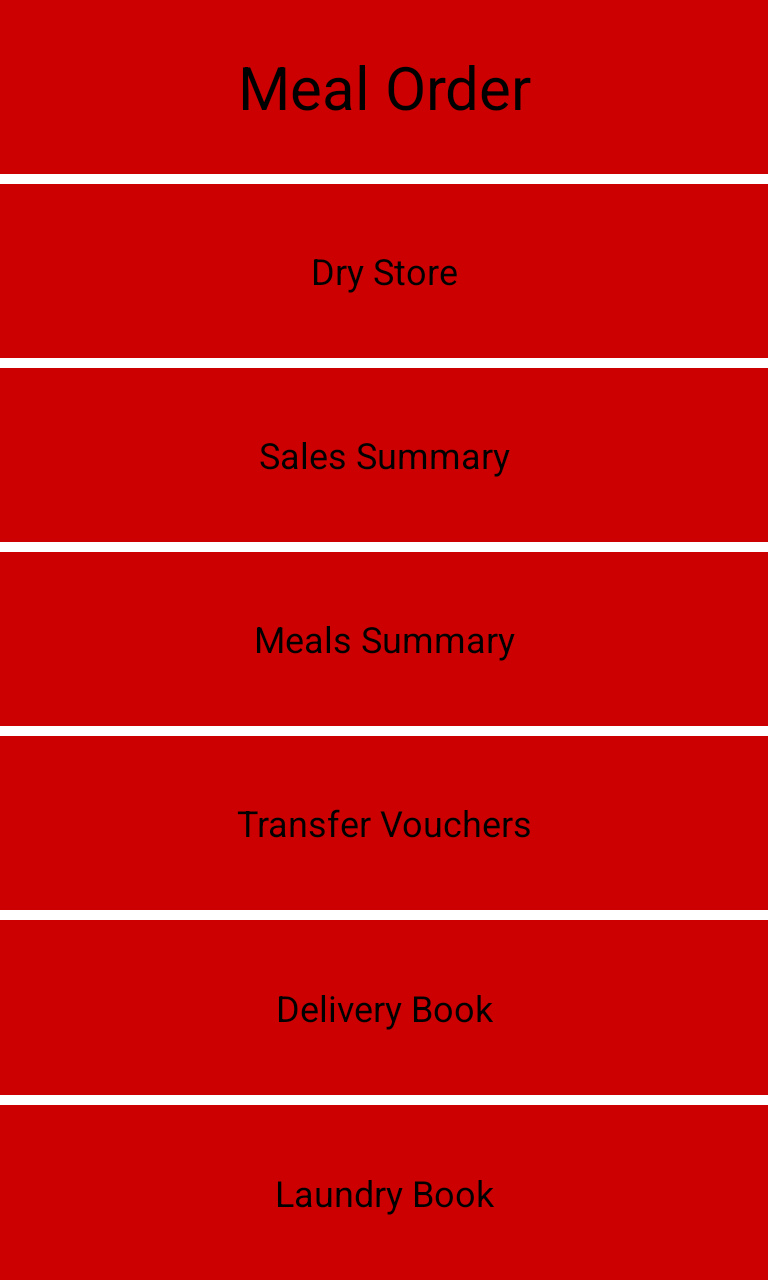
Repository: erwasambo/greendevelopment
Layout: GreenDevelopment/NASCuisine/res/layout/admindash.xml
These files come from the project's save history. The layout is drawn as it stood at one moment and after the next save; the edit follows.
It is drawn on a 768 x 1280 px phone screen (xhdpi) without system bars, with theme AppTheme; the app's code is not run.

Above is the layout before, as saved 2013-12-03 04:14:21.

After the next save:
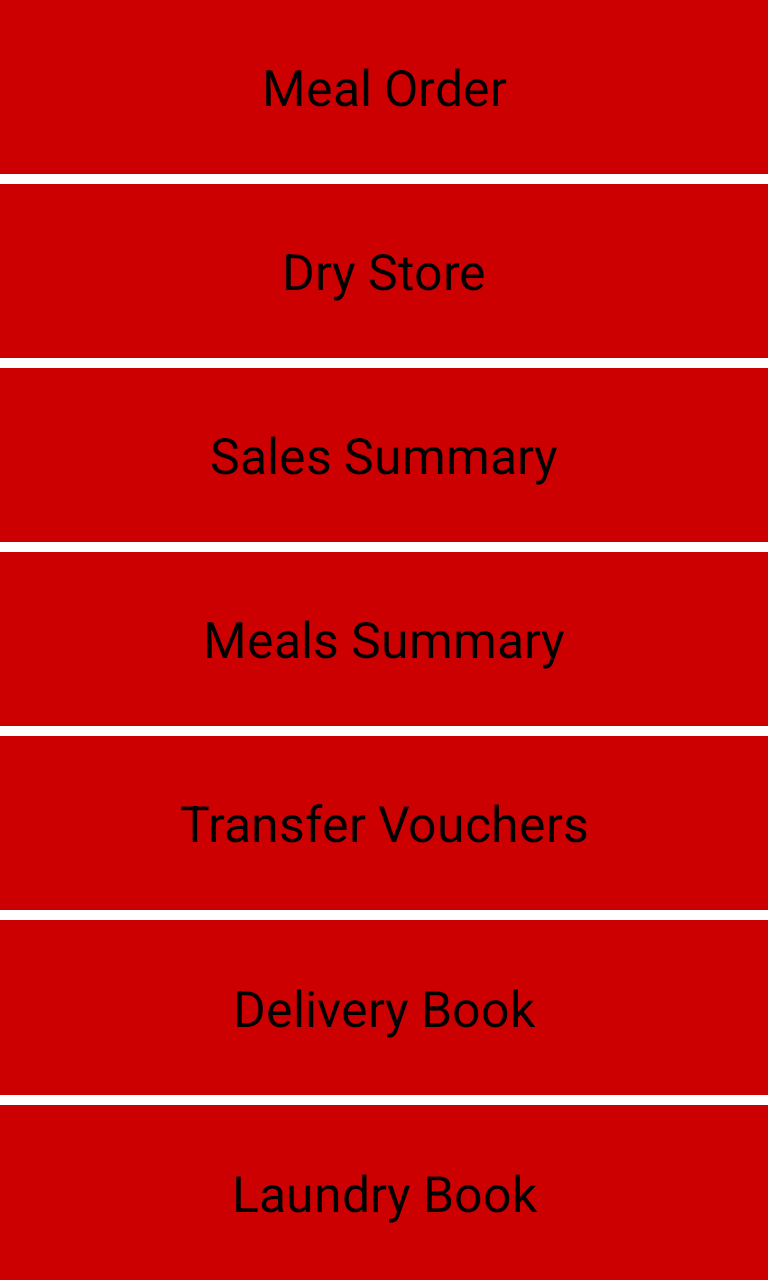
Saved 65 s later.
--- a/GreenDevelopment/NASCuisine/res/layout/admindash.xml
+++ b/GreenDevelopment/NASCuisine/res/layout/admindash.xml
@@ -11,7 +11,7 @@
         android:layout_weight="1"
         android:background="@color/purple"
         android:text="@string/mealord"
-        android:textSize="30dp" />
+        android:textSize="25dp" />
 
     <Button
         android:id="@+id/btnDryStore"
@@ -20,7 +20,8 @@
         android:layout_weight="1"
         android:background="@color/purple"
         android:layout_marginTop="5dp"
-        android:text="@string/drystore" />
+        android:text="@string/drystore"
+        android:textSize="25dp"/>
 
     <Button
         android:id="@+id/btnsalessum"
@@ -29,7 +30,8 @@
         android:layout_weight="1"
         android:background="@color/purple"
         android:layout_marginTop="5dp"
-        android:text="@string/salessummary" />
+        android:text="@string/salessummary"
+        android:textSize="25dp" />
 
     <Button
         android:id="@+id/btnmealsum"
@@ -38,7 +40,8 @@
         android:layout_weight="1"
         android:background="@color/purple"
         android:layout_marginTop="5dp"
-        android:text="@string/mealsum" />
+        android:text="@string/mealsum"
+        android:textSize="25dp" />
 
     <Button
         android:id="@+id/btnTransferVoc"
@@ -47,7 +50,8 @@
         android:layout_weight="1"
         android:background="@color/purple"
         android:layout_marginTop="5dp"
-        android:text="@string/transf" />
+        android:text="@string/transf"
+        android:textSize="25dp" />
 
     <Button
         android:id="@+id/btndeliv"
@@ -56,7 +60,8 @@
         android:layout_weight="1"
         android:background="@color/purple"
         android:layout_marginTop="5dp"
-        android:text="@string/delivbook" />
+        android:text="@string/delivbook"
+        android:textSize="25dp" />
 
     <Button
         android:id="@+id/btnLaund"
@@ -65,6 +70,7 @@
         android:layout_weight="1"
         android:background="@color/purple"
         android:layout_marginTop="5dp"
-        android:text="@string/laundbook" />
+        android:text="@string/laundbook"
+        android:textSize="25dp" />
 
 </LinearLayout>
